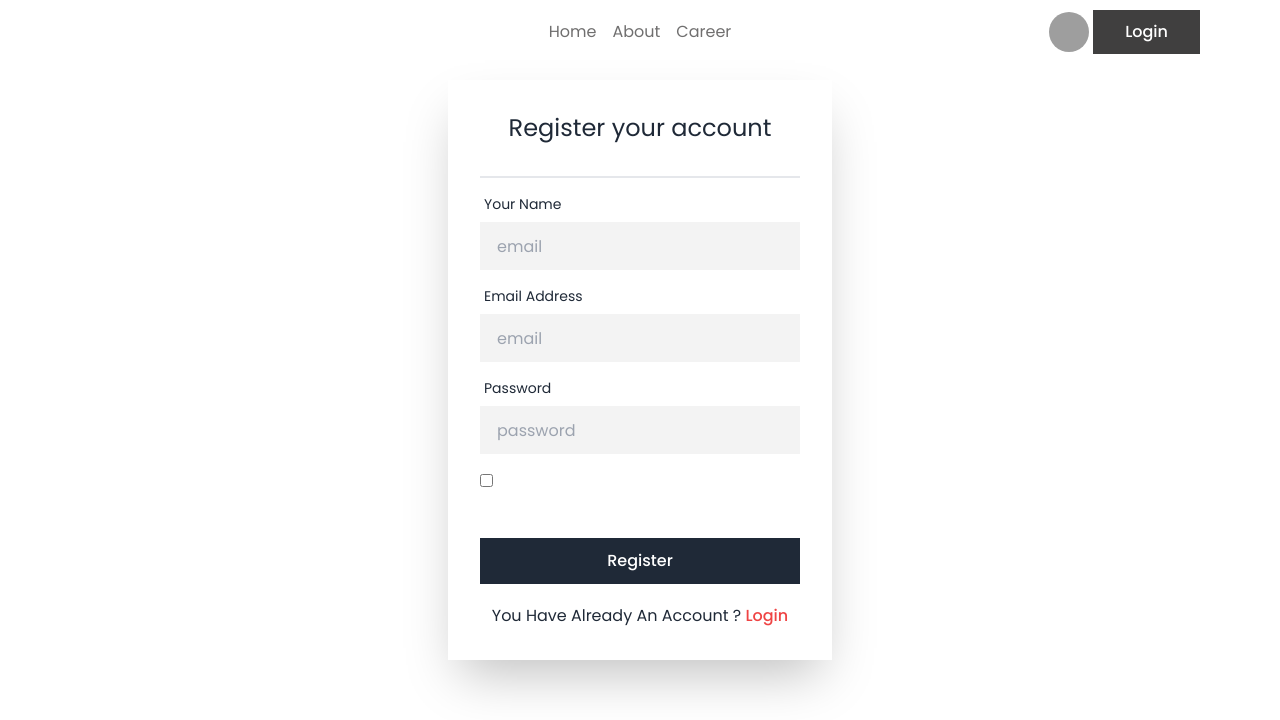
Repository: ShouravAhammed/react-dragon-news-auth
Page: /register
These files come from the project's save history. The page is drawn as it stood at one moment and after the next save; the edit follows.
The browser window is 1280 px wide. The pictures show the whole page.
Pictures or frames that could not be fetched are drawn as grey boxes. The project was rebuilt for these pictures with package versions that can differ from the ones it lists, and the page was loaded fresh each time. Also part of the build but not shown: vite.config.js, src/pages/BreakingNews/BreakingNews.jsx, src/pages/Shared/Header/Header.jsx, src/pages/Shared/LeftSideNav/LeftSideNav.jsx, src/Components/btnLogin/BtnLogin.jsx, src/pages/Shared/RIghtSideNav/RightSideNav.jsx, src/pages/Home/Home.jsx, src/pages/About/About.jsx and 2 more.

Above is the page before, as saved 2024-04-14 03:23:40.

### src/main.jsx
import React from 'react'
import ReactDOM from 'react-dom/client'
import './index.css'
import { RouterProvider } from 'react-router-dom'
import router from './Routes/Routes.jsx'

ReactDOM.createRoot(document.getElementById('root')).render(
  <React.StrictMode>
    <RouterProvider router={router}/>
  </React.StrictMode>,
)

### src/Routes/Routes.jsx
import Root from "../layout/Root";

import {
    createBrowserRouter,
  } from "react-router-dom";
import Home from "../pages/Home/Home";
import About from "../pages/About/About";
import Career from "../pages/Career/Career";
import Login from "../pages/Login/Login";
import Register from "../pages/Register/Register";

const router = createBrowserRouter([
    {
        path: '/',
        element: <Root></Root>,
        children: [
            {

                path: '/',
                element: <Home></Home>,
            },
            {

                path: '/about',
                element: <About></About>,
            },
            {

                path: '/career',
                element: <Career></Career>,
            },
            {

                path: '/login',
                element: <Login></Login>,
            },
            {

                path: '/register',
                element: <Register></Register>,
            },

        ]
    }
])

export default router;

### src/layout/Root.jsx
import { Outlet } from "react-router-dom";


const Root = () => {
    return (
        <div className="max-w-6xl mx-auto font-poppins px-2">
            <Outlet></Outlet>
        </div>
    );
};

export default Root;

### src/pages/Register/Register.jsx
import { Link } from "react-router-dom";
import Navbar from "../Shared/Navbar/Navbar";

const Register = () => {
    return (
        <div>
            <Navbar></Navbar>

            <div className="">
  <div className="hero-content">
    <div className="card rounded-none w-full max-w-sm shadow-2xl">

      <form className="card-body">
        <h3 className="text-center pb-8 border-b-2 text-2xl">Register your account</h3>
        <div className="form-control">
          <label className="label">
            <span className="label-text">Your Name</span>
          </label>
          <input type="text" id="name" name="name" placeholder="email" className="input rounded-none bg-[#F3F3F3]" required />
        </div>
        <div className="form-control">
          <label className="label">
            <span className="label-text">Email Address</span>
          </label>
          <input type="email" id="email" name="email" placeholder="email" className="input rounded-none bg-[#F3F3F3]" required />
        </div>
        <div className="form-control">
          <label className="label">
            <span className="label-text">Password</span>
          </label>
          <input type="password" id="password" name="password" placeholder="password" className="input bg-[#F3F3F3] rounded-none" required />
        </div>
        <div className="my-2">
            <input type="checkbox" name="checked" id="checked" />
        </div>
        <div className="form-control mt-3"><label className="label"></label>
        <button
        className="w-full px-8 py-2.5 relative group overflow-hidden font-medium bg-gray-800 text-white inline-block border-gray-800 border"
      >
        <span className="absolute top-0 left-0 flex w-full h-0 mb-0 transition-all duration-200 ease-out transform translate-y-0 bg-white group-hover:h-full"></span>
        <span className="relative group-hover:text-gray-800">Register</span>
      </button>
        </div>
        <p className="text-center mt-3"> You Have Already An Account ? <Link className="font-medium text-red-500" to={'/login'}>Login</Link></p>
      </form>

    </div>
  </div>
</div>

        </div>
    );
};

export default Register;

### src/pages/Shared/Navbar/Navbar.jsx
import { Link, NavLink } from "react-router-dom";
import DefaultUser from '../../../assets/user.png'

const Navbar = () => {

    const navLinks =
    <>
        <li><NavLink to={'/'} className={({isActive}) => isActive ? 'text-[#D72050]' : 'text-[#706F6F]'}>Home</NavLink></li>
        <li><NavLink to={'/about'} className={({isActive}) => isActive ? 'text-[#D72050]' : 'text-[#706F6F]'}>About</NavLink></li>
        <li><NavLink to={'/career'} className={({isActive}) => isActive ? 'text-[#D72050]' : 'text-[#706F6F]'}>Career</NavLink></li>
    </>

    return (
        <div>
            <div className="navbar">
  <div className="navbar-start">
    <div className="dropdown">
      <div tabIndex={0} role="button" className="btn btn-ghost lg:hidden">
        <svg xmlns="http://www.w3.org/2000/svg" className="h-5 w-5" fill="none" viewBox="0 0 24 24" stroke="currentColor"><path strokeLinecap="round" strokeLinejoin="round" strokeWidth="2" d="M4 6h16M4 12h8m-8 6h16" /></svg>
      </div>
      <ul tabIndex={0} className=" menu-sm dropdown-content mt-3 z-[1] p-2 shadow bg-base-100 rounded-box w-52 text-[#706F6F] font-normal text-[18px]">
        {navLinks}
      </ul>
    </div>
  </div>
  <div className="navbar-center hidden lg:flex">
    <ul className="flex justify-center items-center gap-4 menu-horizontal px-1">
      {navLinks}
    </ul>
  </div>
  <div className="navbar-end">
  <div tabIndex={0} role="button" className="btn btn-ghost btn-circle avatar">
        <div className="w-10 rounded-full">
          <img alt="Tailwind CSS Navbar component" src={DefaultUser} />
        </div>
      </div>

  <Link to={'/login'}
        className="px-8 py-2.5 relative group overflow-hidden font-medium bg-[#403F3F] text-white inline-block"
      >
        <span className="absolute top-0 left-0 flex w-full h-0 mb-0 transition-all duration-200 ease-out transform translate-y-0 bg-gray-50 group-hover:h-full"></span>
        <span className="relative group-hover:text-[#403F3F]">Login</span>
      </Link>
  </div>
</div>
        </div>
    );
};

export default Navbar;

### tailwind.config.js
/** @type {import('tailwindcss').Config} */
export default {
  content: [
    "./index.html",
    "./src/**/*.{js,ts,jsx,tsx}",
  ],
  theme: {
    extend: {
      fontFamily: {
        poppins: '"Poppins", sans-serif;', // Adds a new `font-display` class
      }
    }
  },
  plugins: [require("daisyui")],
}

Loaded but not shown: index.html (common file); src/index.css (common file)

After the next save:
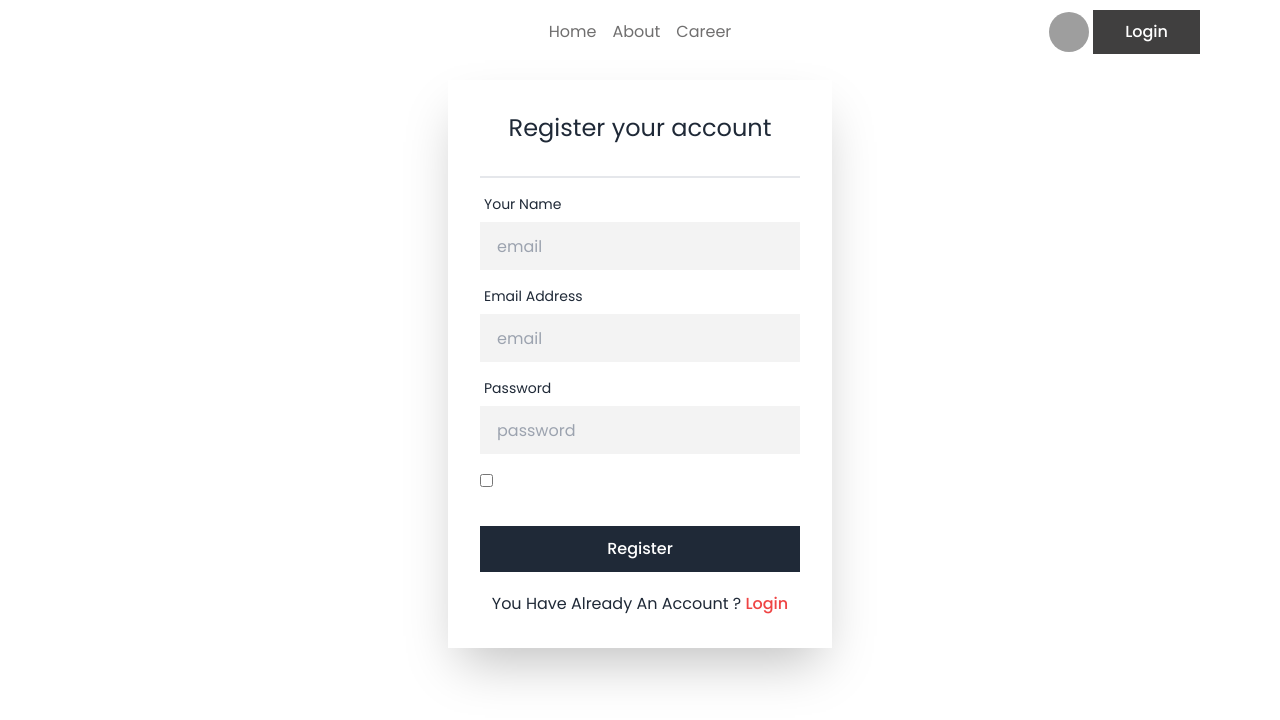
Saved 10 s later.
--- a/src/pages/Register/Register.jsx
+++ b/src/pages/Register/Register.jsx
@@ -33,7 +33,7 @@ const Register = () => {
         <div className="my-2">
             <input type="checkbox" name="checked" id="checked" />
         </div>
-        <div className="form-control mt-3"><label className="label"></label>
+        <div className="form-control"><label className="label"></label>
         <button
         className="w-full px-8 py-2.5 relative group overflow-hidden font-medium bg-gray-800 text-white inline-block border-gray-800 border"
       >
